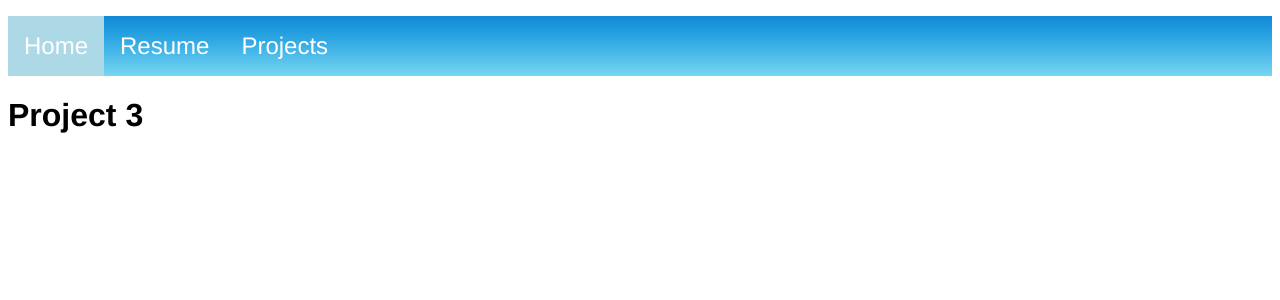
Repository: TangDylan/TangDylan.github.io
Page: project3.html
The author's editor kept a record of every edit. The page is drawn from the files as they stood at one moment, then again after the next edit.
The browser window is 1280 px wide. The pictures show the whole page.
The pointer rests on the first visible `.navbar li`.

Above is the page before.

### project3.html
<!DOCTYPE html>
<html>
    <head>

        <title>Project 3</title>

        <link rel="stylesheet" type="text/css" href="style.css">

    </head>

    <body>

      <ul class="navbar">
        <li><a href="index.html">Home</a></li>
        <li><a href="resume.html">Resume</a></li>
        <li class="dropdown">
          <div>Projects</div>
          <ul class="dropdown-content">
            <li><a href="project1.html">Project 1</a></li>
            <li><a href="project2.html">Project 2</a></li>
            <li class="active"><a href="project3.html">Project 3</a></li>

          </ul>

        </li>

      </ul>

        <h1>
          Project 3
        </h1>


    </body>

</html>

### style.css


          * {
            font-family:helvetica;
          }

          .navbar {
            list-style:none;
            background-image: linear-gradient(to bottom, #1388d6, #219cdf, #3bb0e6, #59c3ec, #77d5f2);
            overflow:hidden;
            padding:0;

          }

          .navbar a, .dropdown div {
            text-decoration:none;
            color:white;
            font-size:24px;
            padding: 16px;
            display:inline-block
          }

          .navbar li {
            float:left;
          }

          .navbar li:hover {
          background-color:lightblue;
          }

          .dropdown-content {
            list-style:none;
            padding:0;
            display:none;
            position:absolute;
            z-index:1;
            background-color:black;
          }

          .dropdown-content li {
            float:none;
          }

          .dropdown:hover .dropdown-content {
           display:block;
          }

          .active {
           background-color:orange;
          }

After the next edit:
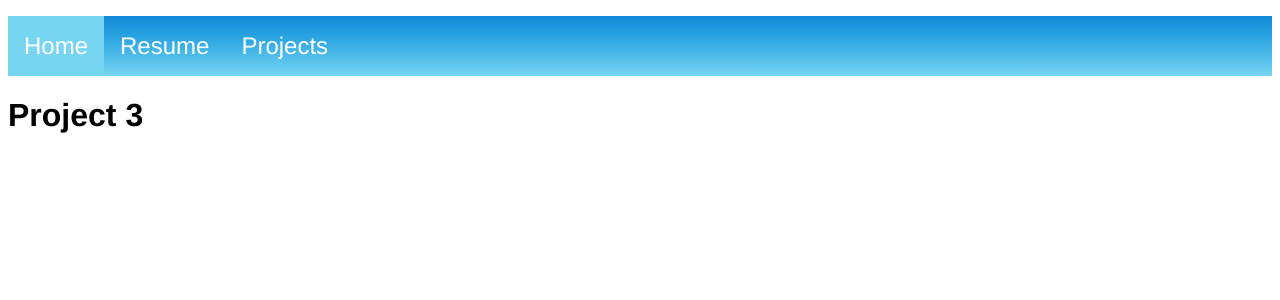
The edit:
--- a/style.css
+++ b/style.css
@@ -25,7 +25,7 @@
           }
 
           .navbar li:hover {
-          background-color:lightblue;
+          background-color: #77d5f2;
           }
 
           .dropdown-content {
